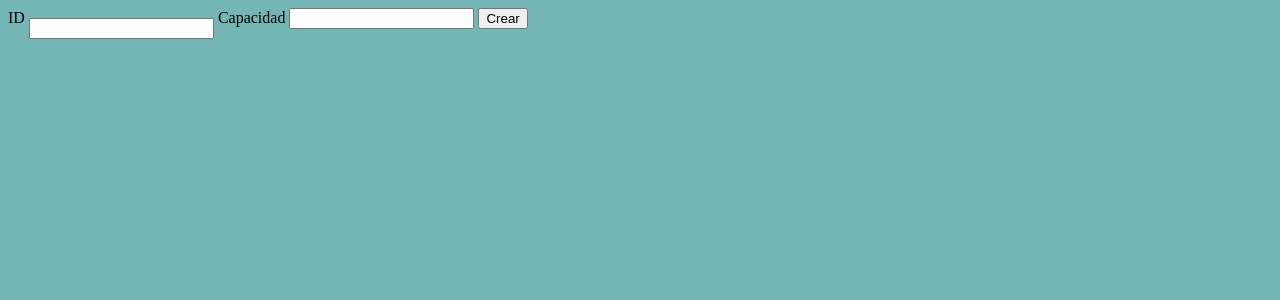
Repository: Robin-Rivadeneira/prueva_pablo
Page: index.html
An editor plug-in stored every save of this project. The page is shown before and after the next save, followed by the edit.
The browser window is 1280 px wide. The pictures show the whole page.

Above is the page before, as saved 2020-01-16 20:25:18.

After the next save:
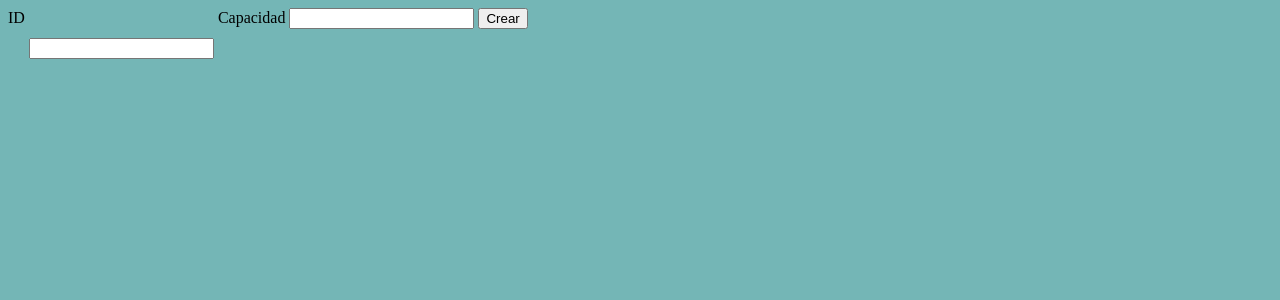
Saved 9 s later.
--- a/css/bomberos.css
+++ b/css/bomberos.css
@@ -4,5 +4,5 @@ body{
 
 #id{
     position: relative;
-    top: 10px;
+    top: 30px;
 }
